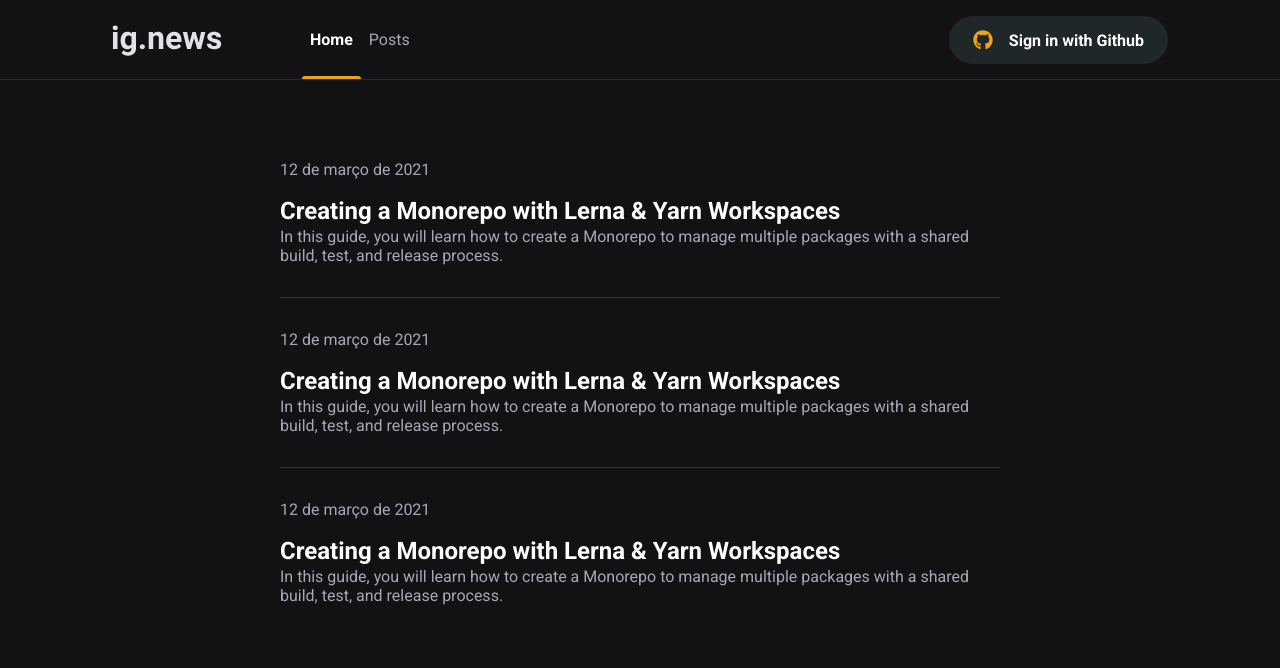
Repository: savinnsk/ignews
Page: /posts
The author's editor kept a copy of each file at every save. The page is drawn from the files as they stood at one save, then again after the next save.
The browser window is 1280 px wide. The pictures show the whole page.
The page's requests for data from a server got no answer. The project was rebuilt for these pictures with package versions that can differ from the ones it lists, and the page was loaded fresh each time. The framework's server and built-in components were replaced by stand-ins that run in the browser. No one was signed in, and anything a server would have sent is missing.

Above is the page before, as saved 2021-06-24 21:37:28.

### src/pages/_app.tsx
import {Header} from "../components/Header/Header";

import { AppProps }  from 'next/app';
import '../styles/globals.scss';
import { Provider as NextAuthProvider } from 'next-auth/client'

function MyApp({ Component, pageProps } : AppProps ) {
  return (
  <NextAuthProvider session={pageProps.session}>
    <Header/>
    <Component {...pageProps} />
  </NextAuthProvider>
  )
}

export default MyApp

### src/pages/_document.tsx
import Document , { Html , Head , Main ,NextScript }from 'next/document';


export default class MyDocument extends Document {
    render(){
        return (
            <Html>
                <Head>
                <link rel="preconnect" href="https://fonts.gstatic.com"/>
                <link href="https://fonts.googleapis.com/css2?family=Roboto:wght@400;700;900&display=swap" rel="stylesheet"/>
                <link rel="shortcut icon" href="/favicon.png" type="image/png" />

                </Head>

                <body>
                    <Main />
                    <NextScript/>
                </body>
            </Html>
        )
    }
}

### src/pages/posts/index.tsx
import styles from './styles.module.scss'
import Head  from 'next/head'

export default function Post(){
    return (
        <>
        <Head>
            <title>Posts | Ignews</title>
        </Head>

        <main className={styles.container}>
          <div className={styles.posts} >
              <a href="">
                  <time>12 de março de 2021</time>
                  <strong>Creating a Monorepo with Lerna & Yarn Workspaces</strong>
                  <p>In this guide, you will learn how to create a Monorepo to manage multiple packages with a shared build, test, and release process.</p>
              </a>

              <a href="">
                  <time>12 de março de 2021</time>
                  <strong>Creating a Monorepo with Lerna & Yarn Workspaces</strong>
                  <p>In this guide, you will learn how to create a Monorepo to manage multiple packages with a shared build, test, and release process.</p>
              </a>

               <a href="">
                  <time>12 de março de 2021</time>
                  <strong>Creating a Monorepo with Lerna & Yarn Workspaces</strong>
                  <p>In this guide, you will learn how to create a Monorepo to manage multiple packages with a shared build, test, and release process.</p>
              </a>

          </div>
        </main>
        </>
    );
}

### src/components/Header/Header.tsx
import { SignInButton } from '../SingInButton/SignInButton';
import styles from './styles.module.scss';


export function Header (){
    return (
        <header className={styles.HeaderContainer}>
            <div className={styles.HeaderContent}>
                <img src="/images/logo.svg" alt="ig.news" />
                <nav>
                    <a className={styles.active} href="">Home</a>
                    <a  href="">Posts</a>
                </nav>

                <SignInButton/>
            </div>
        </header>
    )
}

### src/styles/globals.scss
* {
    margin : 0 ;
    padding: 0;
    box-sizing: border-box;

}


:root {

    --white : #ffffff;

    --gray100 : #e1e1e6 ;
    --gray300 : #a8a8b3;
    --gray700 : #323238;
    --gray-green850 : #1f2729;
    --gray800 : #29292e;
    --gray900: #121214;

    --cyan500 : #61dafb;
    --yellow500 : #eba417;
}


@media (max-width : 1080px){

    html{
        font-size : 93.75%  // 15px
    }
}

@media (max-width : 720px){

    html{
        font-size : 87.5% //14px
    }
}

body {

    background: var(--gray900);
    color : var(--white)

}


body , input ,button , select , textarea {
    font : 400 1rem "Roboto" , sans-sarif;
}

button {
    cursor: pointer ;
}


a{
    color : inherit ;
    text-decoration: none;
}

### src/pages/posts/styles.module.scss
.container {
    max-width: 1120px;
    margin: 0 auto;
    padding: 0 2rem;
}

.posts{
    max-width: 720px;
    margin: 5rem auto 0;

    a{
        display: block;

        & + a {
            margin-top: 2rem;
            padding-top:2rem;
            border-top:1px solid var(--gray700)
        }

        time {
            font-size:1rem;
            display: flex;
            align-items : center;
            color : var(--gray300)
        }

        strong {
            display: block;
            font-size: 1.5rem;
            margin-top : 1rem;
            line-height: 2rem;
        }


        p{
            color : var(--gray300)
        }
    }
}

### src/components/SingInButton/SignInButton.tsx
import styles from './styles.module.scss'
import {FaGithub} from 'react-icons/fa'
import {FiX} from 'react-icons/fi';

import { signIn , signOut ,useSession } from 'next-auth/client'

export function SignInButton  () {

    const [session] = useSession() ;
    console.log(session)

 return session ? (



<button type="button"
    className={styles.SignInButton}
    onClick={()=> signOut()}
    >
       <FaGithub color="#04d361"/>
        {session.user.name}
        <FiX color="#737380" className={styles.closeIcon}/>
   </button>

 ): (

   <button type="button"
className={styles.SignInButton}
onClick={() => signIn('github')}
>
   <FaGithub color="#eba417"/>
    Sign in with Github
</button>



 )
}

### src/components/Header/styles.module.scss
.HeaderContainer {
    height : 5rem ;
    border-bottom : 1px solid var(--gray800)
}


.HeaderContent {
    max-width: 1120px;
    width: 100%;
    height : 5rem ;
    margin : 0 auto ; //align center horizon
    padding: 0 2rem;
    display : flex ;
    align-items: center;

        nav {
            margin-left:5rem ;
            height :5rem ;

                a{

                display: inline-block;
                position: relative;
                padding: 0 0.5rem;
                line-height : 5rem ;
                color :var(--gray300);
                transition : 0.2s;

                    a + a {
                        margin-left:2rem ;
                    }

                    &:hover
                    {
                      color : var(--white)
                    }


                    &.active {
                        color: var(--white);
                        font-weight :bold ;
                    }

                    &.active::after
                    {
                        content:'';
                        height : 3px;
                        border-radius : 3px 3px 0 0 ;
                        width : 100% ;
                        position : absolute ;
                        bottom : 1px ;
                        left : 0 ;
                        background: var(--yellow500);
                    }
                }


        }

         button {
             margin-left :auto ;
         }
}

### src/components/SingInButton/styles.module.scss
.SignInButton {

    height :3rem ;
    border-radius :3rem ;
    background: var(--gray-green850);
    border : 0 ;
    padding: 0 1.5rem;

    display: flex;
    align-items: center;
    justify-content: center;
    color: var(--white);
    font-weight : bold;
    transition: filter 0.2s;

    svg{
        width: 20px;
        height :20px;
    }

    svg:first-child{
        margin-right:1rem;
    }

    &:hover {
        filter: brightness(0.8);
    }

    .closeIcon {
        margin-left: 1rem;
    }
}

After the next save:
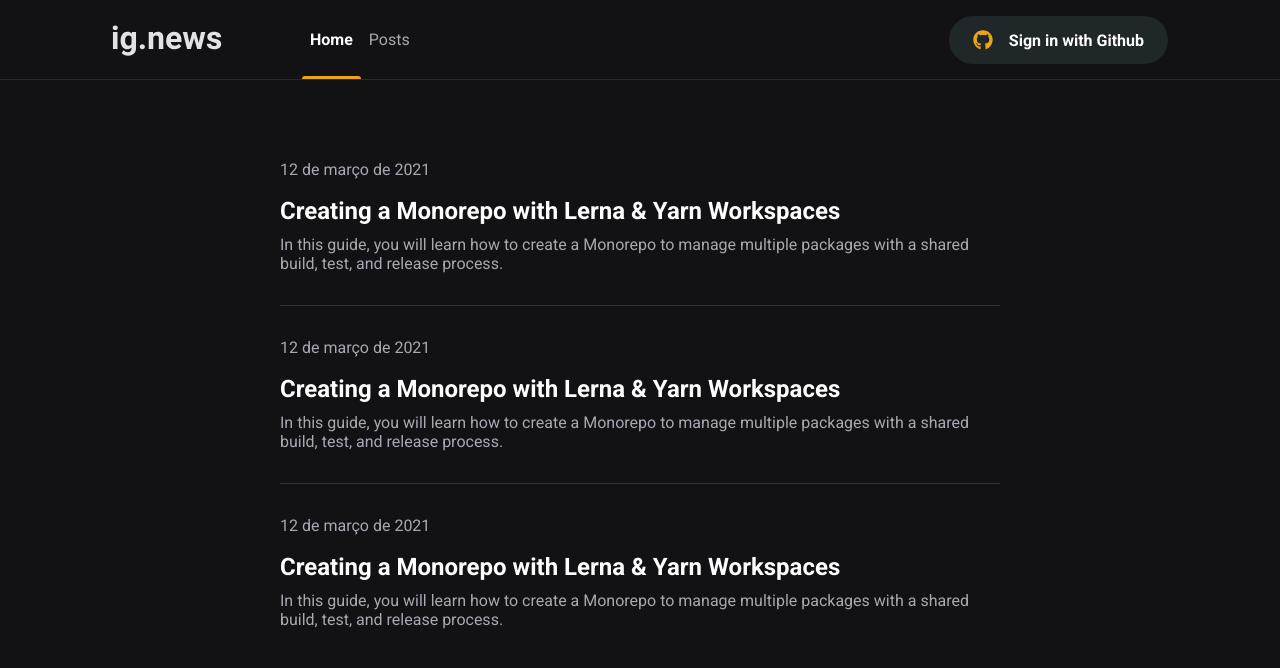
Saved 19 s later.
--- a/src/pages/posts/styles.module.scss
+++ b/src/pages/posts/styles.module.scss
@@ -33,7 +33,8 @@
 
 
         p{
-            color : var(--gray300)
+            color : var(--gray300);
+            margin-top:0.5rem;
         }
     }
 }
